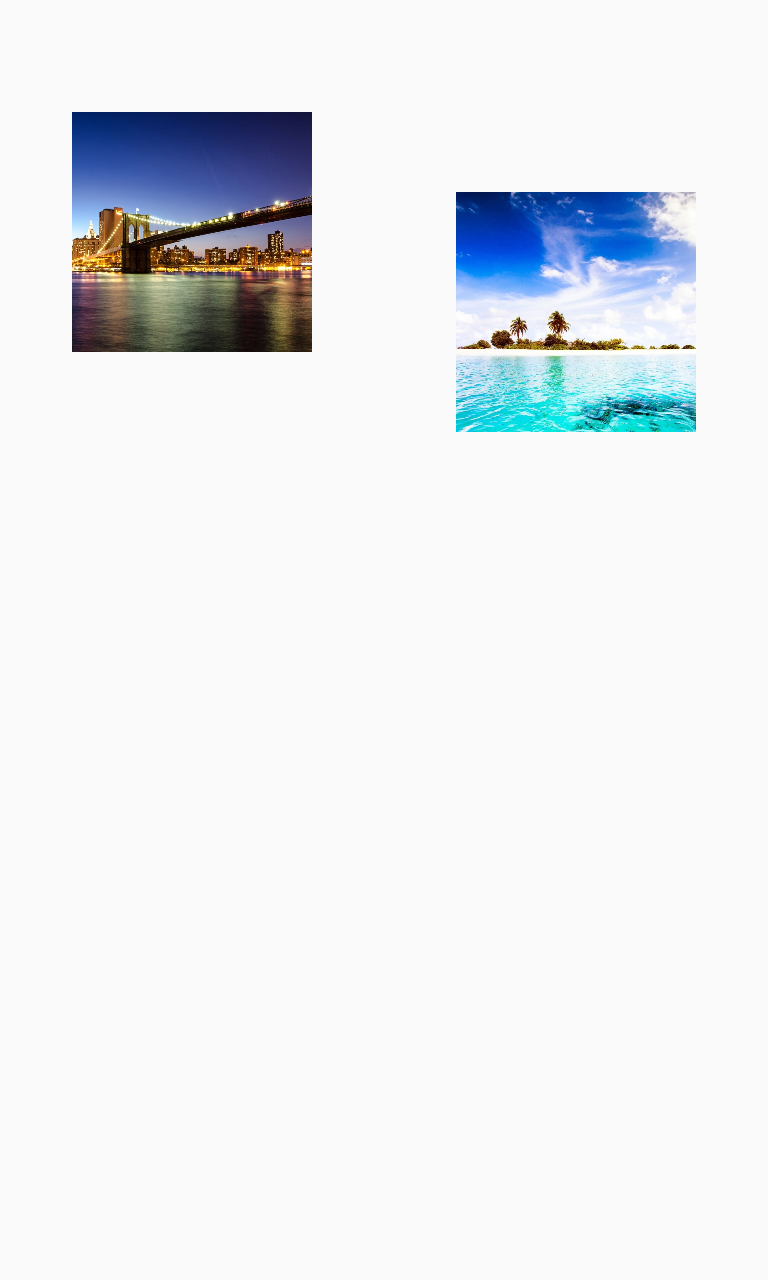
Repository: MarcSelles/nPuzzle10447768
Layout: NPuzzle10447768/res/layout/activity_main.xml
An editor plug-in stored every save of this project. The layout is shown before and after the next save, followed by the edit.
It is drawn on a 768 x 1280 px phone screen (xhdpi) without system bars, with theme AppTheme; the app's code is not run.

Above is the layout before, as saved 2014-11-22 17:56:54.

After the next save:
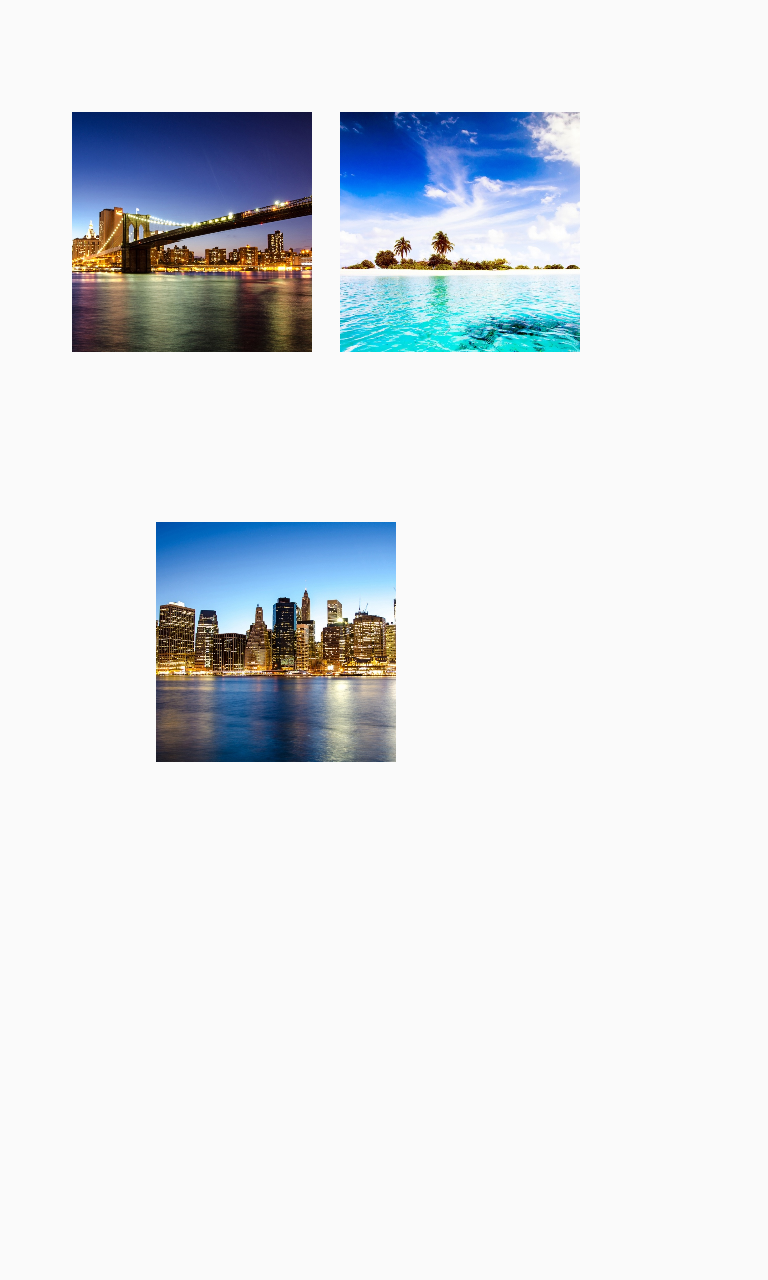
Saved 84 s later.
--- a/NPuzzle10447768/res/layout/activity_main.xml
+++ b/NPuzzle10447768/res/layout/activity_main.xml
@@ -23,11 +23,21 @@
         android:id="@+id/imageView2"
         android:layout_width="120dp"
         android:layout_height="120dp"
-        android:layout_alignParentRight="true"
         android:layout_alignTop="@+id/imageView1"
-        android:layout_marginRight="20dp"
-        android:layout_marginTop="40dp"
+        android:layout_marginLeft="14dp"
+        android:layout_toRightOf="@+id/imageView1"
         android:scaleType="fitXY"
         android:src="@drawable/diggrini_island" />
 
+    <ImageView
+        android:id="@+id/imageView3"
+        android:layout_width="120dp"
+        android:layout_height="120dp"
+        android:layout_alignLeft="@+id/imageView1"
+        android:layout_below="@+id/imageView1"
+        android:layout_marginLeft="42dp"
+        android:layout_marginTop="85dp"
+        android:scaleType="fitXY"
+        android:src="@drawable/manhattan_skyline" />
+
 </RelativeLayout>
